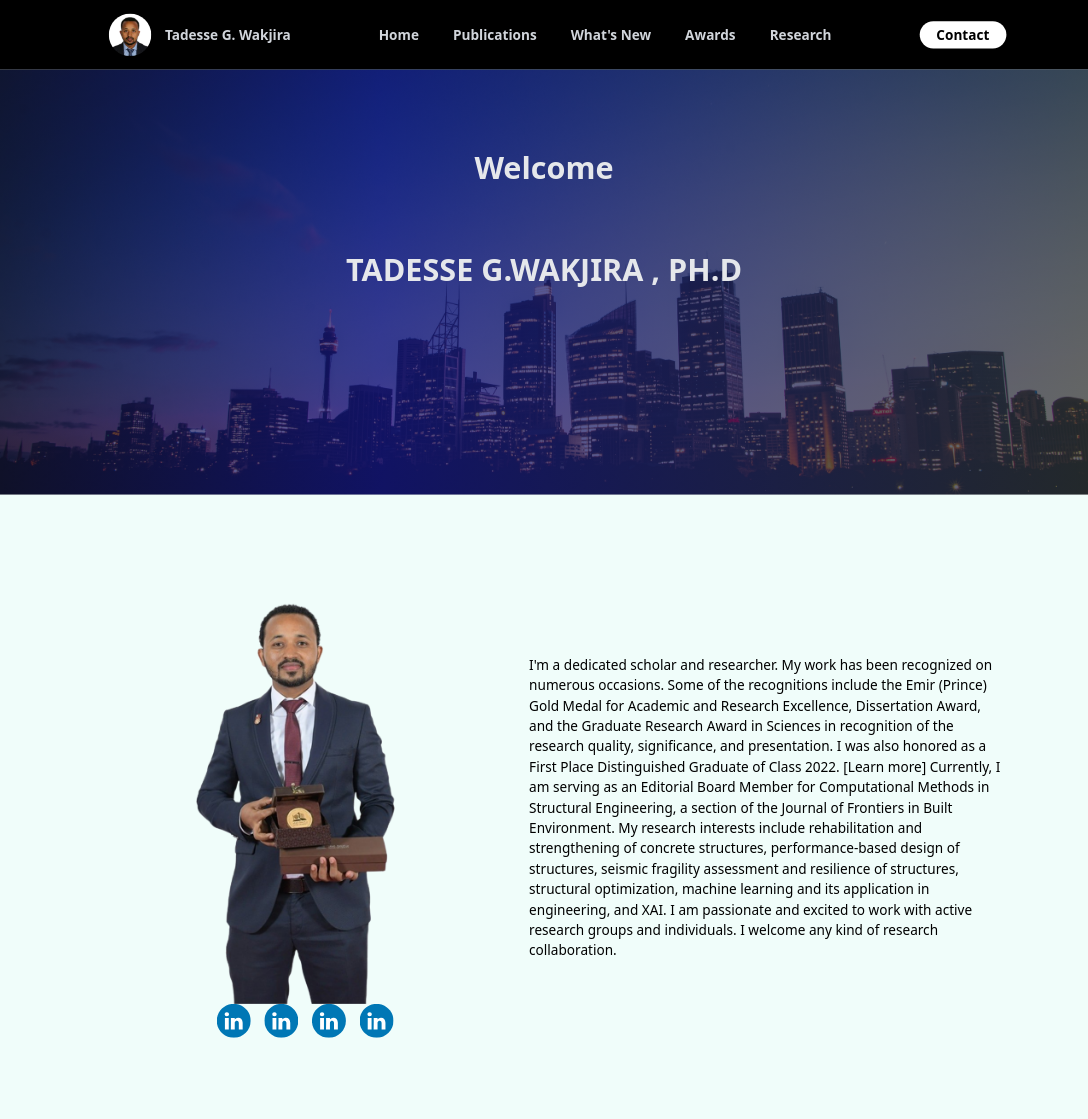
Repository: Elias-Kibret/Tade-portfoilo
Page: /
An editor plug-in stored every save of this project. The page is shown before and after a run of saves, followed by the edit.
The browser window is 1280 px wide. The pictures show the whole page, at 85% of full size.
The project was rebuilt for these pictures with package versions that can differ from the ones it lists, and the page was loaded fresh each time. The framework's server and built-in components were replaced by stand-ins that run in the browser. Also part of the build but not shown: next.config.js.

Above is the page before, as saved 2022-06-28 11:32:27.

After the next 4 saves:
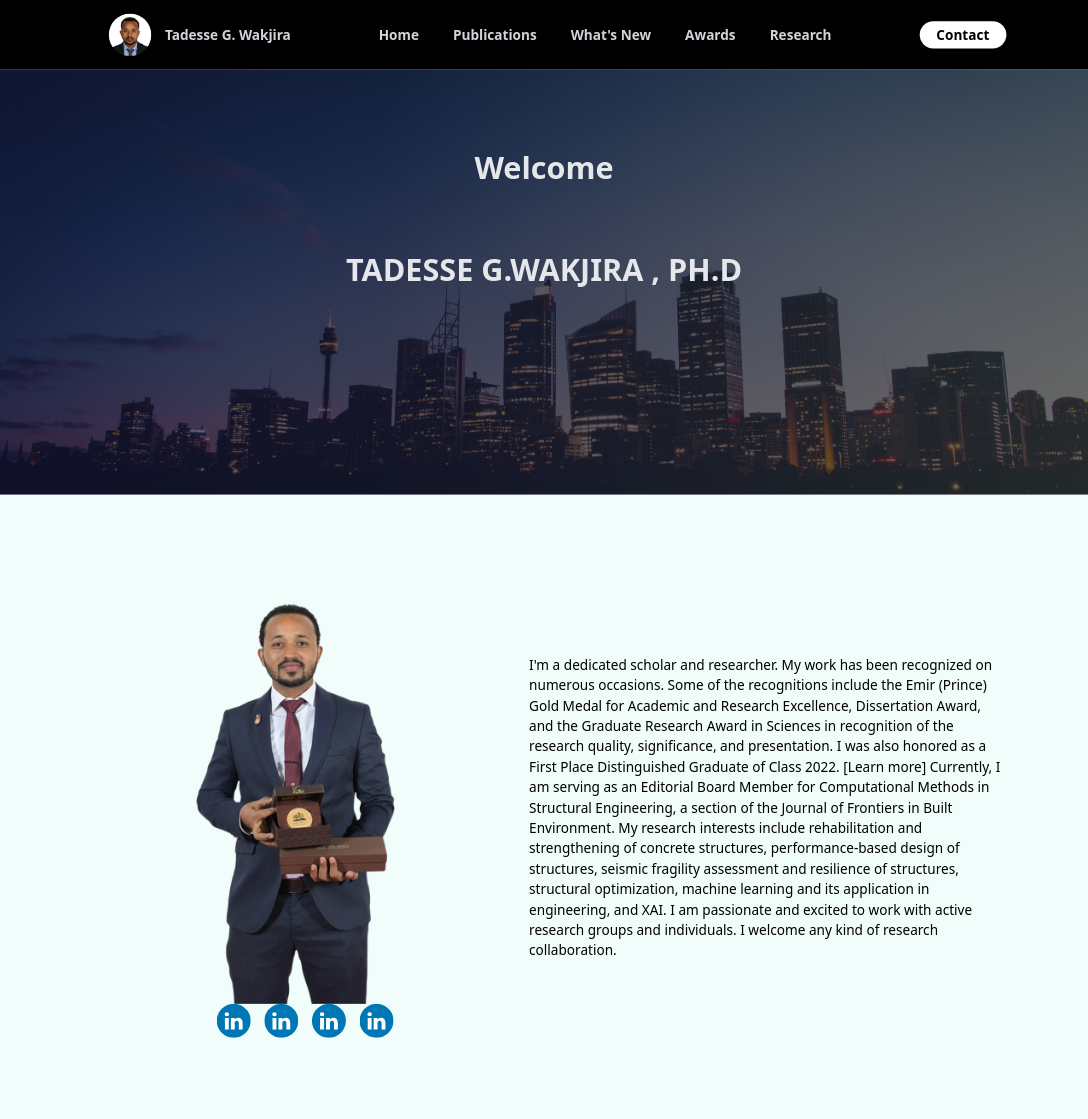
The 4 saves are shown as one change because they came seconds apart.
The last was saved 19 s later.
--- a/styles/globals.css
+++ b/styles/globals.css
@@ -17,5 +17,5 @@
     width:100%;
     height:500px;
     background: rgb(2,0,36);
-background: linear-gradient(90deg, rgba(2,0,36,0.6) 0%, rgba(9,9,121,0.7) 35%, rgba(35, 40, 41, 0.7) 100%);
+background: linear-gradient(90deg, rgba(2,0,36,0.6) 0%, rgba(11, 11, 36, 0.7) 35%, rgba(35, 40, 41, 0.7) 100%);
 }
